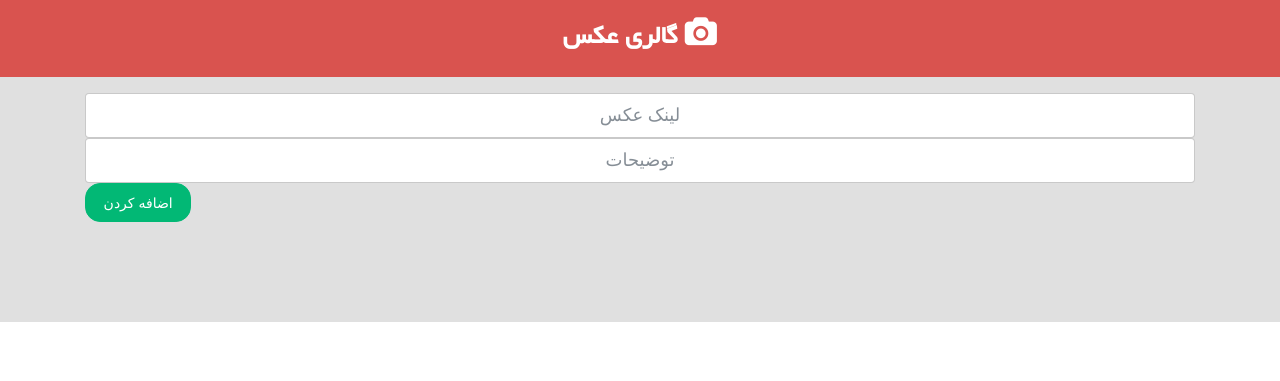
Repository: sadegh1379/PhotoWall-app
Page: /addphoto
An editor plug-in stored every save of this project. The page is shown before and after a run of saves, followed by the edit.
The browser window is 1280 px wide. The pictures show the whole page.
The project was rebuilt for these pictures with package versions that can differ from the ones it lists, and the page was loaded fresh each time. Also part of the build but not shown: src/Component/Photo.js, src/Component/PhotoWall.js.

Above is the page before, as saved 2020-02-22 13:21:45.

### public/index.html
<!DOCTYPE html>
<html lang="en">
  <head>
    <meta charset="utf-8" />
    <link rel="icon" href="%PUBLIC_URL%/favicon.ico" />
    <meta name="viewport" content="width=device-width, initial-scale=1" />
    <meta name="theme-color" content="#000000" />
    <link rel="stylesheet" href="https://stackpath.bootstrapcdn.com/font-awesome/4.7.0/css/font-awesome.min.css">
    <meta
      name="description"
      content="Web site created using create-react-app"
    />
    <link rel="apple-touch-icon" href="%PUBLIC_URL%/logo192.png" />
    <!--
      manifest.json provides metadata used when your web app is installed on a
      user's mobile device or desktop. See https://developers.google.com/web/fundamentals/web-app-manifest/
    -->
    <link rel="manifest" href="%PUBLIC_URL%/manifest.json" />
    <!--
      Notice the use of %PUBLIC_URL% in the tags above.
      It will be replaced with the URL of the `public` folder during the build.
      Only files inside the `public` folder can be referenced from the HTML.

      Unlike "/favicon.ico" or "favicon.ico", "%PUBLIC_URL%/favicon.ico" will
      work correctly both with client-side routing and a non-root public URL.
      Learn how to configure a non-root public URL by running `npm run build`.
    -->
    <title>React App</title>
  </head>
  <body>
    <noscript>You need to enable JavaScript to run this app.</noscript>
    <div id="root"></div>
    <!--
      This HTML file is a template.
      If you open it directly in the browser, you will see an empty page.

      You can add webfonts, meta tags, or analytics to this file.
      The build step will place the bundled scripts into the <body> tag.

      To begin the development, run `npm start` or `yarn start`.
      To create a production bundle, use `npm run build` or `yarn build`.
    -->
  </body>
</html>

### src/App.js
import React , { Component } from 'react';
import { BrowserRouter as Router , Route, Switch } from 'react-router-dom';
import Title from './Component/Title';
import PhotoWall from './Component/PhotoWall';
import './bootswatch.css';
import AddPhoto from './Component/AddPhoto';
import './App.css';

class App extends Component {

  constructor(){

      super()

      this.state = {
        posts : [
          {
            id : "0" ,
            description : "صادق اکبری" ,
            imageLink : "https://dkt6rvnu67rqj.cloudfront.net/cdn/ff/tpWy09V5tfN_Il2UBj8nPU4FZvPDpNBQSecbyXiqbuM/1574345660/public/styles/322x405/public/media/int_files/1008357.jpg?itok=c5qoLzeh"
          },
          {
           id : "1" ,
           description : "علی میرزایی" ,
           imageLink : "https://dkt6rvnu67rqj.cloudfront.net/cdn/ff/tpWy09V5tfN_Il2UBj8nPU4FZvPDpNBQSecbyXiqbuM/1574345660/public/styles/322x405/public/media/int_files/1008357.jpg?itok=c5qoLzeh"
         }
         ,{
           id : "5" ,
           description :" سارا ممبینی" ,
           imageLink :"https://thetyee.ca/Culture/2017/10/31/FawnLawn.jpg"

         },
         {
          id : "6" ,
          description : "صادق اکبری" ,
          imageLink : "https://dkt6rvnu67rqj.cloudfront.net/cdn/ff/tpWy09V5tfN_Il2UBj8nPU4FZvPDpNBQSecbyXiqbuM/1574345660/public/styles/322x405/public/media/int_files/1008357.jpg?itok=c5qoLzeh"
        },
        {
         id : "7" ,
         description : "علی میرزایی" ,
         imageLink : "https://www.iata.org/contentassets/d7c512eb9a704ba2a8056e3186a31921/cargo_live_animals_parrot.jpg?w=330&h=200&mode=crop&scale=both&v=20191213012337"
       }
       ,{
         id : "8" ,
         description :" سارا ممبینی" ,
         imageLink :"https://images.unsplash.com/photo-1497752531616-c3afd9760a11?ixlib=rb-1.2.1&w=1000&q=80"

       }
        ]

    }
  }

// Remove post
 onRemovePost = (removedPost) =>{

      this.setState((state)=>({
          posts : state.posts.filter(post => post !== removedPost)
      }))

  }

  render(){
      return (
        <div className="body">
              <Router>
                  <Title title="گالری عکس"/>
                  <Switch>

                      <Route exact path="/" render={()=>(
                              <div>
                                  <PhotoWall onRemovePost={this.onRemovePost} posts={this.state.posts}/>
                              </div>
                      )}/>

                        <Route exact path="/addphoto" component={AddPhoto}/>
                </Switch>
            </Router>
        </div>
      );
}
}

export default App;

### src/Component/Title.js
import React from 'react';
import PropTypes from 'prop-types';


function Title(props) {
    return (
            <p className=" bg-danger text-white py-3 p-title text-center">{props.title} <span className="fa fa-camera"></span></p>
    )
}

Title.propTypes = {
    title : PropTypes.string.isRequired
}

export default Title;

### src/Component/AddPhoto.js
import React, { Component } from 'react'

export class AddPhoto extends Component {
    render() {
        return (
            <div>
                <form className="container add-form">
                    <input type="text" placeholder="لینک عکس" className="form-control text-center"/>
                    <input type="text" placeholder="توضیحات" className="form-control text-center" />
                    <button type="submit" className="btn btn-success ">اضافه کردن</button>
                </form>
            </div>
        )
    }
}

export default AddPhoto;

### src/App.css
.p-title{
    font-size: 30px;
    color:white ;
    font-weight: bolder;
    font-family: 'Byekan';
}

.body{
    font-family: 'Brekan';
    background-color: #E0E0E0;
    padding-bottom: 100px;
}

 .photo-grid{
    /* max-width: 1000px; */
    margin: 0 auto;
    display: flex;
    flex-wrap: wrap;
    justify-content: center;
}

@font-face{
    font-family: 'Byekan';
    src:url('./Component/fonst/Yekan.ttf');
}

.photo-card{
  margin: 10px 10px;
  box-shadow: 5px 5px 5px 5px #888888;
}

.add-icon{
    text-align: center;
    margin: 20px auto;
    color:white  !important;
    background-color: rgb(62, 112, 75);
    padding: 20px;
    border-radius: 70px;

}

.add-form input{

    font-size: 18px;
    color:black;
}

.add-form button{
    margin: 20 auto;

}

Loaded but not shown: src/index.js (common file); src/index.css (common file); src/bootswatch.css (library)

After the next 2 saves:
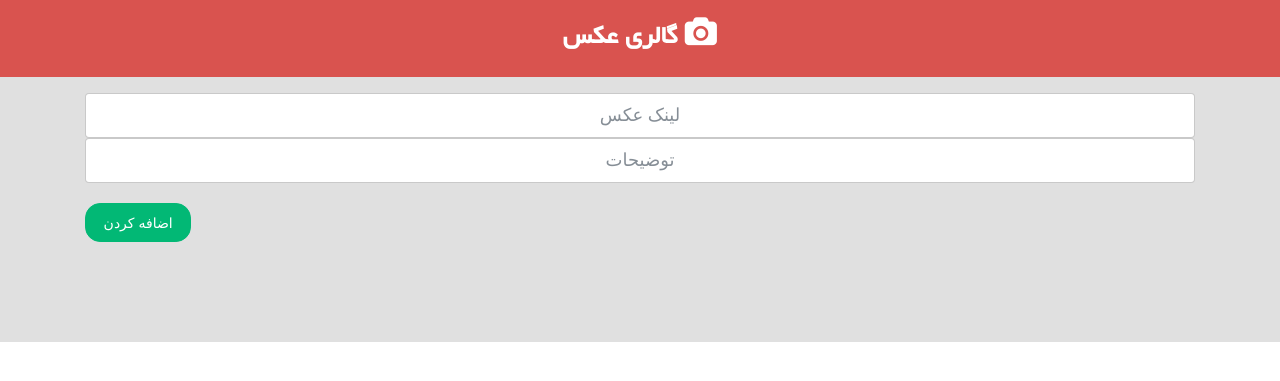
The 2 saves are shown as one change because they came seconds apart.
The last was saved 13 s later.
--- a/src/App.css
+++ b/src/App.css
@@ -46,6 +46,6 @@
 }
 
 .add-form button{
-    margin: 20 auto;
+    margin-top: 20px;
 
 }
